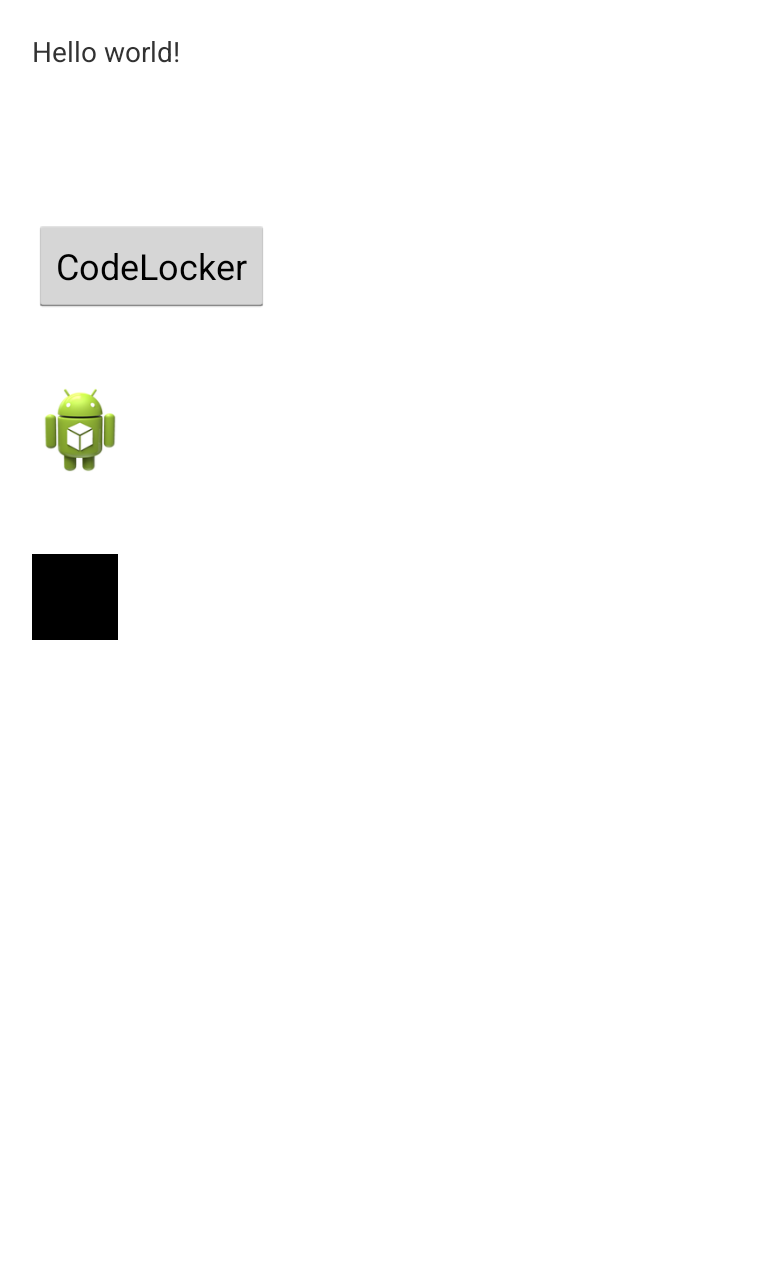
Repository: milosz90/pracaMagisterska
Layout: magisterka/res/layout/activity_main.xml
An editor plug-in stored every save of this project. The layout is shown before and after the next save, followed by the edit.
It is drawn on a 768 x 1280 px phone screen (xhdpi) without system bars, with theme AppTheme; the app's code is not run.

Above is the layout before, as saved 2015-05-06 15:26:26.

After the next save:
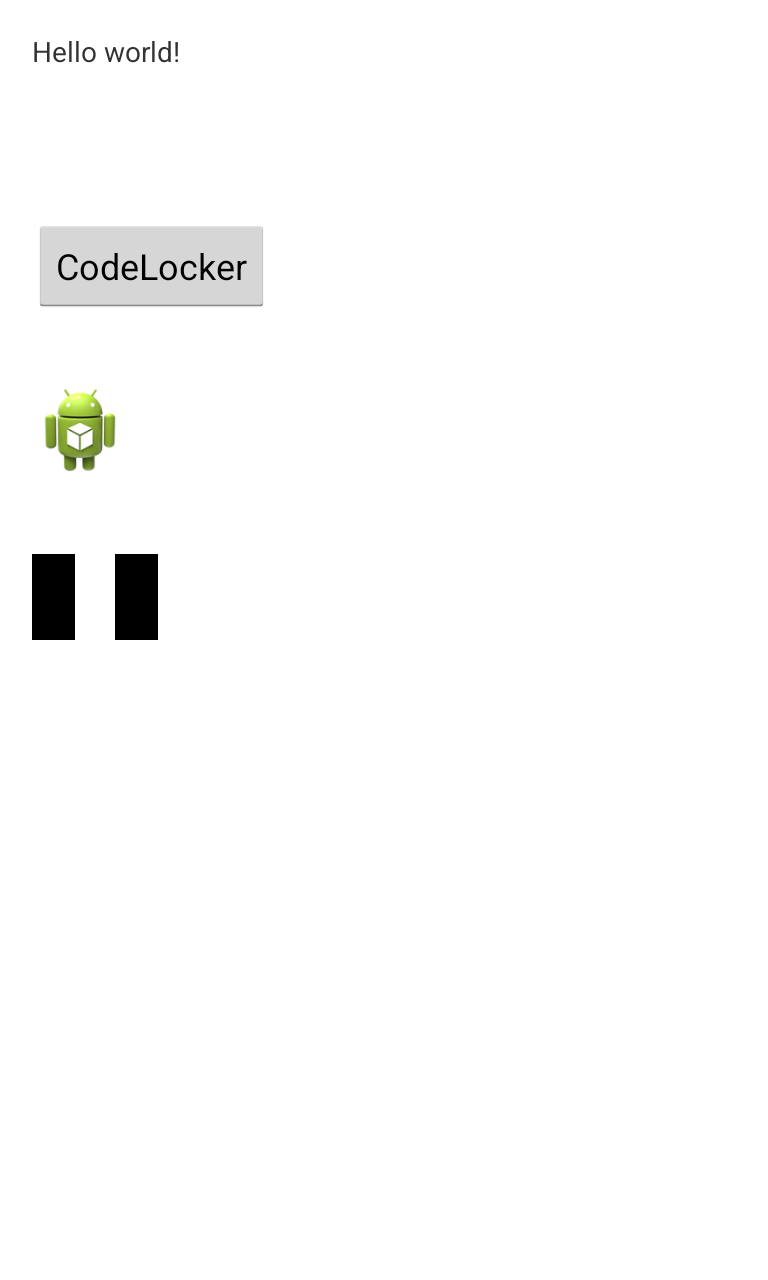
Saved 42 s later.
--- a/magisterka/res/layout/activity_main.xml
+++ b/magisterka/res/layout/activity_main.xml
@@ -57,13 +57,14 @@
                 android:layout_width="wrap_content"
                 android:layout_height="wrap_content"
                 android:src="@drawable/black"
-                 />
+                android:paddingRight="20dp" />
 
             <ImageView
                 android:id="@+id/imageView4"
                 android:layout_width="wrap_content"
                 android:layout_height="wrap_content"
-                android:src="@drawable/black" />
+                android:src="@drawable/black"
+                android:paddingRight="20dp" />
 
         </TableRow>
 
@@ -76,13 +77,15 @@
                 android:id="@+id/imageView1"
                 android:layout_width="wrap_content"
                 android:layout_height="wrap_content"
-                android:src="@drawable/black" />
+                android:src="@drawable/black"
+                android:paddingRight="20dp" />
 
             <ImageView
                 android:id="@+id/imageView2"
                 android:layout_width="wrap_content"
                 android:layout_height="wrap_content"
-                android:src="@drawable/black" />
+                android:src="@drawable/black"
+                android:paddingRight="20dp" />
 
         </TableRow>
 
